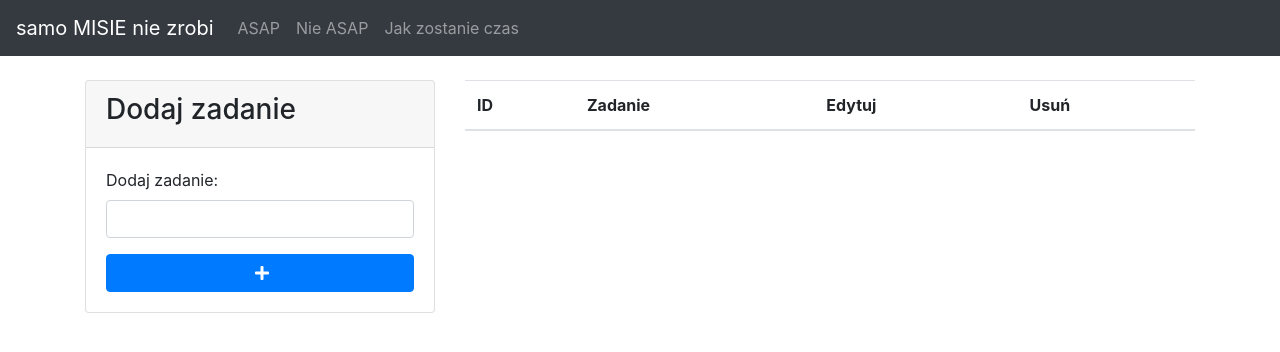
Repository: pcharazinski/JS_EXPRESS---samoMISIEniezrobi
Page: http://localhost/
These files come from the project's save history. The page is drawn as it stood at one moment and after the next save; the edit follows.
The browser window is 1280 px wide. The pictures show the whole page.
Some web libraries are served in a nearby version. The page is served by the project's Node server (app.js). Queries for data that is not in the repository find no rows.

Above is the page before, as saved 2018-12-16 11:54:52.

After the next save:
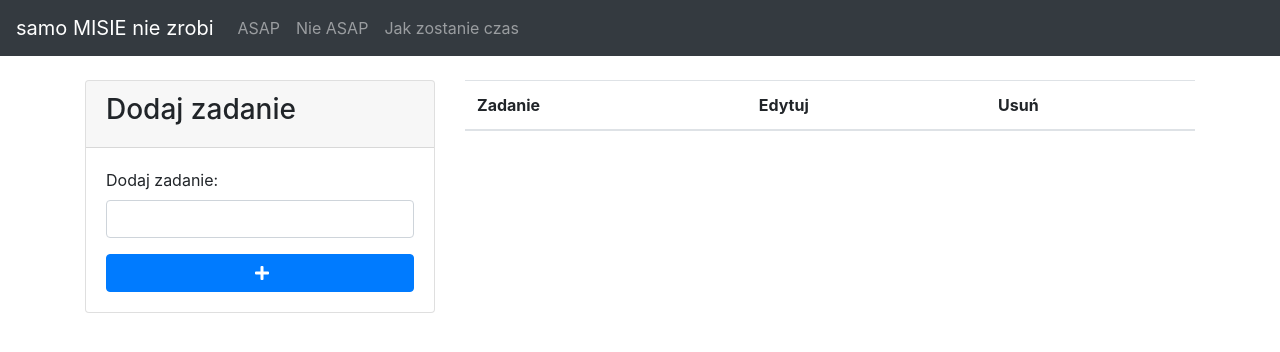
Saved 68 s later.
--- a/views/index.pug
+++ b/views/index.pug
@@ -22,7 +22,7 @@ block content
             table.table.table-striped
                 thead
                     tr
-                    th(scope='col') ID
+
                     th(scope='col') Zadanie
                     th(scope='col') Edytuj
                     th(scope='col') Usuń
